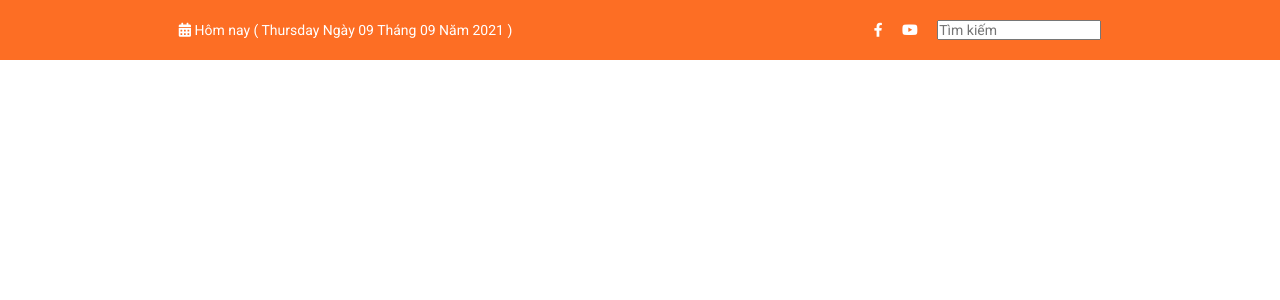
Repository: longtn213/Frond_end_HTML-CSS
Page: Front-End/LongDemo/index.html
These files come from the project's save history. The page is drawn as it stood at one moment and after the next save; the edit follows.
The browser window is 1280 px wide. The pictures show the whole page.

Above is the page before, as saved 2021-09-09 16:11:22.

After the next save:
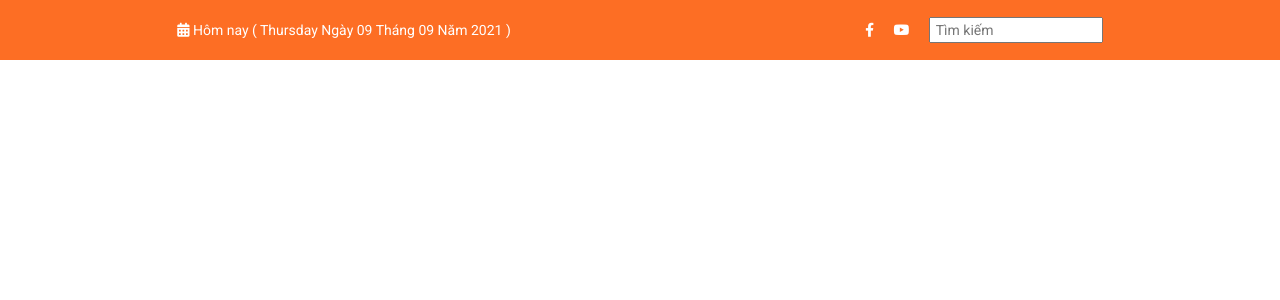
Saved 62 s later.
--- a/Front-End/LongDemo/assets/css/main.css
+++ b/Front-End/LongDemo/assets/css/main.css
@@ -25,6 +25,6 @@ html{
     line-height: 60px;
     font-size: 14px;
 }
-.header1 .header__icon{
-    margin-left: 4px;
+.header__icon .search-button{
+    padding: 3px 5px;
 }
